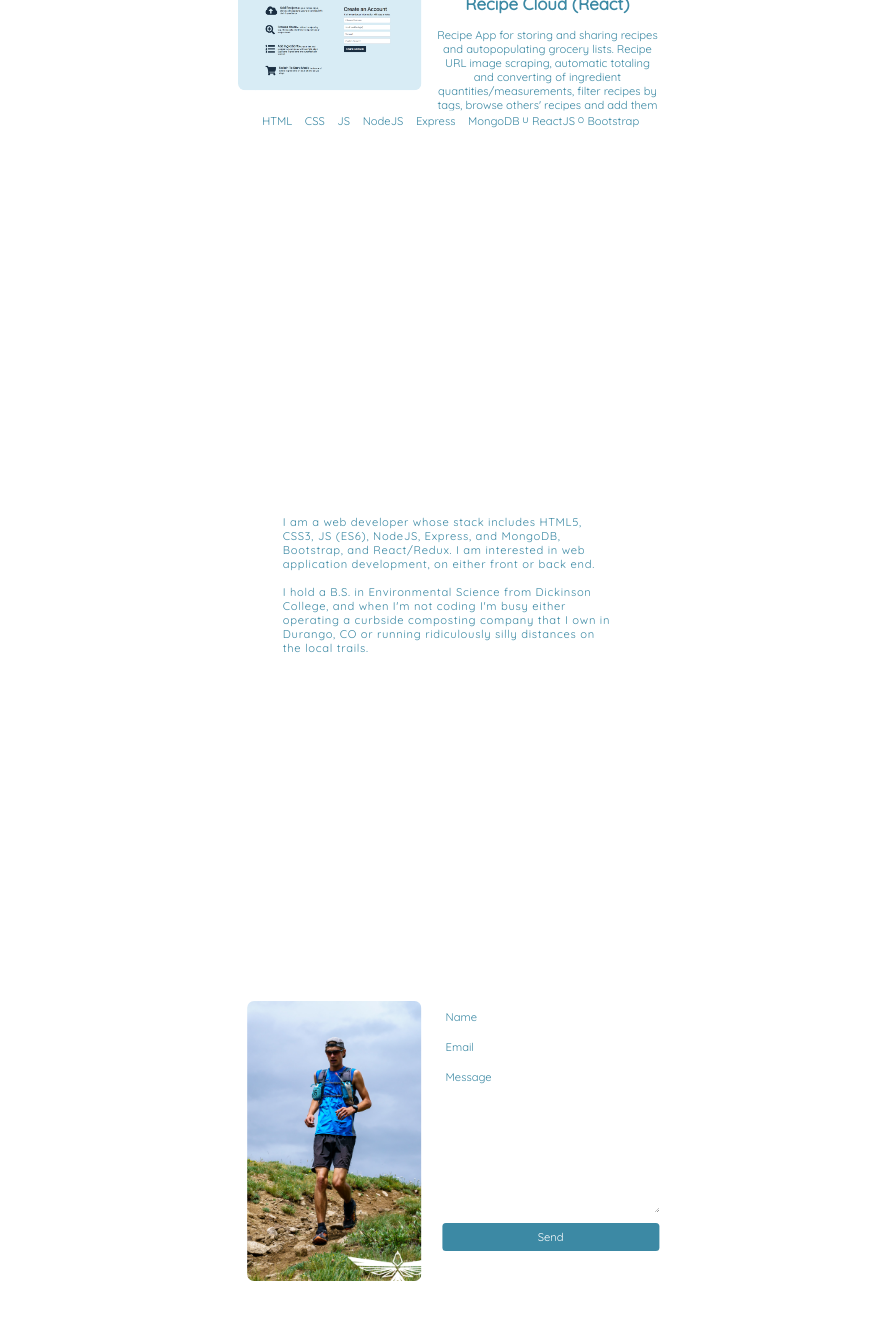
Repository: davidgolden/portfolio
Page: http://localhost/
The author's editor kept a record of every edit. The page is drawn from the files as they stood at one moment, then again after the next edit.
The browser window is 1280 px wide. The pictures show the part of the page from y = 960 to 2880 px (the page is 2880 px tall), at 70% of full size.
Some web fonts or font styles are not loaded; a fallback is used. The page is served by the project's Node server (app.js). Style sheets and scripts are compiled from the project's sources, by tool versions that may differ from the author's.

Above is the page before.

### views/index.html
<!DOCTYPE html>
<html>
<head>
	<title>David Golden</title>
	<meta name="viewport" content="width=device-width,initial-scale=1">
	<link rel="stylesheet" type="text/css" href="/assets/css/style.css">
	<link href="https://fonts.googleapis.com/css?family=Averia+Serif+Libre:400,700|Droid+Serif|Slabo+27px" rel="stylesheet">
	<link href="https://fonts.googleapis.com/css?family=Inconsolata|Quicksand" rel="stylesheet">

	<link rel="stylesheet" href="/assets/font-awesome/css/font-awesome.min.css">
</head>
<body>

<div class='container'>

<nav role = 'navigation' class='normalNav'>
	<span id='scrollIcon'><i class="fa fa-bars" aria-hidden="true"></i></span>
		<ul>
			<li class='icon' data-content='GitHub Portfolio'><a class='navLink' target='_blank' href='https://github.com/davidgolden'><i class="fa fa-github" aria-hidden="true"></i></a></li>
			<li class='icon' data-content='Email Me!'><a class='navLink' href='mailto:davidgoldeninbox@gmail.com'><i class="fa fa-envelope" aria-hidden="true"></i></a></li>
			<li class='icon' data-content='Resume'><a class='navLink' href=''><i class="fa fa-user" aria-hidden="true"></i></a></li>
		</ul>
		<ul>
			<li><a class = 'navLink' href="#titlePage">#home</a></li>
			<li><a class = 'navLink' href="#portfolio">#portfolio</a></li>
			<li><a class = 'navLink' href="#skills">#about</a></li>
			<li><a class = 'navLink' href="#contact">#contact</a></li>
			<li id='mobileIcons' style='display: none'>
				<a class='navLink' target='_blank' href='https://github.com/davidgolden'><i class="fa fa-github" aria-hidden="true"></i></a>
				<a class='navLink' href='mailto:davidgoldeninbox@gmail.com'><i class="fa fa-envelope" aria-hidden="true"></i></a>
				<a class='navLink' href='#'><i class="fa fa-user" aria-hidden="true"></i></a>
			</li>
		</ul>

	</nav>

<section id="titlePage">
		<h1>const david_golden;</h1>
		<!--<h2>david_golden = 'web developer';</h2>-->


</section>

<section id='portfolio'>
	<h2>let portfolio =</h2>

	<div class='item-container'>
		<div class='left-arrow'>
			<i class="fa fa-chevron-left" aria-hidden="true"></i>
		</div>

		<div class='item-image'>
		</div>
		<div class='item-desc'>
		</div>
		<div class='item-tags'>
			</div>
		<div class='right-arrow'>
			<i class="fa fa-chevron-right" aria-hidden="true"></i>
		</div>
	</div>

</section>
<section id='skills' class='hasBackground'>
<h2>let about =</h2>
<div class='aboutContainer'>
	<p>I am a web developer whose stack includes HTML5, CSS3, JS (ES6), NodeJS, Express, and MongoDB, Bootstrap, and React/Redux.
	I am interested in web application development, on either front or back end.<br><br>

	I hold a B.S. in Environmental Science from Dickinson College, and when I'm not coding I'm busy either operating a curbside composting company
	that I own in Durango, CO or running ridiculously silly distances on the local trails.</p>
</div>
</section>



<section id='contact'>
	<h2>let contact =</h2>
	<img src="assets/images/portfoliopic.jpg" style="height: 400px">
	<form id='contactForm'>
		<input type="text" name="name" placeholder = "Name" required>
		<input type="email" name="email" placeholder="Email" required>
		<textarea name='message' placeholder='Message' required></textarea>
		<button type='button' id='sendEmailButton'>Send</button>
	</form>
</section>

</div>

</body>
<script type="text/javascript" src='/assets/js/script.js'></script>
</html>

### app.js
require('dotenv').config({path: './.env'});

var express = require('express'),
    app = express(),
    bodyParser = require('body-parser'),
    nodemailer = require('nodemailer');

app.use(express.static(__dirname +'/public'));
app.engine('html', require('ejs').renderFile);
app.use(bodyParser.urlencoded({extended: true}));
app.use(bodyParser.json());


app.get('/', function(req, res) {
    res.render('index.html');
})

app.post('/', function(req, res) {

    let name = req.body.name;
    let email = req.body.email;
    let message = req.body.message;

    let sendEmail = function(name, email, message) {
        var transporter = nodemailer.createTransport({
                    service: 'Mailgun',
                    auth: {
                        user: process.env.MAILUSER,
                        pass: process.env.MAILPASS
                    }
                });

                var mailOptions = {
                    from: email, // sender address
                    to: 'davidgoldeninbox@gmail.com', // list of receivers
                    subject: `Message from ${name}`, // Subject line
                    html: message // html body
                };

                transporter.sendMail(mailOptions, (error, info) => {
                    console.log('called');
                    if (error) {
                        console.log(error);
                        res.send('error');
                    } else {
                        console.log('sent');
                        res.send('sent');
                    }
                });
    }
    if(name != undefined && message !== '') {
      sendEmail(name, email, message);
    }
})

app.get('*', function(req, res) {
    res.redirect('/');
})

app.listen(3000, function(){
  console.log("Express server listening on port %d in %s mode", this.address().port, app.settings.env);
});

### public/assets/js/script.js
document.getElementById('titlePage').style.height = window.innerHeight+'px';

// *********** Start NavBar Script ***************
var navBar = document.getElementsByTagName('nav')[0];
var scrollIcon = document.getElementById('scrollIcon');
var mobileNavOpen = false;
var scrollDown = false;
var navLink = document.getElementsByClassName('navLink');
let navIcons = document.getElementById('mobileIcons');
var isSmall;

function turnOnMobile() {
	navBar.classList.remove('normalNav');
	navBar.classList.add('navOnScroll');
	navIcons.style.display='block';
}

function turnOffMobile() {
	navBar.classList.remove('navOnScroll');
	navBar.classList.add('normalNav');
	navBar.classList.remove('mobileNav');
	navIcons.style.display='none';
}

// function checkY(y) {
// 	if(window.scrollY > (y*.25)) {
// 		turnOnMobile();
// 		scrollDown = true;
// 	}
// 	// When you scroll up, turn off mobile
// 	else if(isSmall == false) {
// 		turnOffMobile();
// 		scrollDown = false;
// 	}
// }

function checkX(x) {
	if(x <= 960) {
		turnOnMobile();
		isSmall = true;
	}
	else {
		turnOffMobile();
		isSmall = false;
	}
}

// Find screen size, turn on mobile if applicable
window.addEventListener('load', function() {
	checkX(window.innerWidth);
})

// When you scroll down, turn on mobile
// window.addEventListener('scroll', function() {
// 	checkY(window.innerHeight);
// });
// When screen is resized, find out size, then turn on mobile if applicable
window.addEventListener('resize', function() {
	//resize background image
	document.getElementById('titlePage').style.height = window.innerHeight+'px';
	checkX(window.innerWidth);
	// if(scrollDown == true) {
	// 	checkY(window.innerHeight);
	// }
})

// On click of hamburger icon
scrollIcon.addEventListener('click', function() {
	// If mobileNav is closed, open it
	if(mobileNavOpen == false) {
		navBar.classList.add('mobileNav');
		mobileNavOpen = true;
	}
	// If mobileNav is open, close it
	else {
		navBar.classList.remove('mobileNav');
		mobileNavOpen = false;
	}
})

for(var i=0; i<navLink.length; i++) {
	navLink[i].addEventListener('click', function() {
		navBar.classList.remove('mobileNav');
		mobileNavOpen = false;
		// checkY(window.innerHeight);
	})
}
// *********** End NavBar Script ***************


// *********** Start Portfolio Script ***************

var projects = [
	{
		name: "recipe-cloud-react",
		imgURL: "assets/images/recipe-cloud-react.png",
		link: "http://www.react.recipe-cloud.com",
		desc: "<h3>Recipe Cloud (React)</h3> <br> Recipe App for storing and sharing recipes and autopopulating grocery lists. Recipe URL image scraping, automatic totaling and converting of ingredient quantities/measurements, filter recipes by tags, browse others' recipes and add them to your recipe book!",
		tags: ["HTML", "CSS", "JS", "NodeJS", "Express", "MongoDB", "ReactJS", "Bootstrap"]
	},
	{
		name: "recipe-cloud",
		imgURL: "assets/images/recipebook.png",
		link: "http://www.recipe-cloud.com",
		desc: "<h3>Recipe Cloud</h3> <br> This is the non-react (and original) version of the previous app. Recipe Cloud is for storing and sharing recipes and autopopulating grocery lists. Recipe URL image scraping, automatic totaling and converting of ingredient quantities/measurements, filter recipes by tags, browse others' recipes and add them to your recipe book, and edit just about anything!",
		tags: ["HTML", "CSS", "JS", "NodeJS", "Express", "MongoDB", "Bootstrap"]
	},
	{
		name: "tfc",
		imgURL: "assets/images/tfc.png",
		link: "https://www.tabletofarmcompost.com",
		desc: "<h3>Table to Farm Compost</h3> <br> This website for my curbside composting company prompts users to enter their address and immediately assigns them a pick up day using Google Maps API. There is a user dashboard for customers to update their payment information, address, or request compost, and an admin dashboard for monitoring all customer details.",
		tags: ["HTML", "CSS", "JS", "Google Maps API", "Stripe API", "NodeJS", "Express", "MongoDB"]
	},
	{
		name: "movies",
		imgURL: "assets/images/movie.png",
		link: "http://movies.david-golden.com/",
		desc: "<h3>Current Movies React App</h3> <br> An app that filters movies by release date and genre to help users find popular current movies. Built entirely vanilla CSS using React JS.",
		tags: ["HTML", "CSS", "JS", "The Movie DB API", "ReactJS"]
	},
	{
		name: "uglyduck",
		imgURL: "assets/images/uglyduck.png",
		link: "http://www.uglyduckstudio.com/",
		desc: "<h3>Web Design Studio Website</h3> <br> Website I built for a personal freelance design/development company. Build in HTML, CSS3 (vanilla), and JS (vanilla; navbar is the only Bootstrap component) with a NodeJS backend.",
		tags: ["HTML", "CSS", "JS", "Bootstrap"]
	},
	{
		name: "portfolio",
		imgURL: "assets/images/profilesite.png",
		desc: "<h3>This Site!</h3><br>It's nothing super fancy, but I built this website using entirely vanilla CSS (including CSS Grid) and JS without the use of any frameworks.",
		tags: ["HTML", "CSS", "JS"]
	}
];

var displayProject = document.getElementById('displayProject');
var displayImage = document.getElementsByClassName('item-image')[0];
var displayDesc = document.getElementsByClassName('item-desc')[0];
var displayTags = document.getElementsByClassName('item-tags')[0];
var nextProject = document.getElementsByClassName('fa-chevron-right')[0];
var lastProject = document.getElementsByClassName('fa-chevron-left')[0];
var currentProject = 0;

showProject(currentProject);

lastProject.addEventListener('click', function() {
	displayLastProject();
})

nextProject.addEventListener('click', function() {
	displayNextProject();
})

function showProject(currentProject) {
	displayImage.innerHTML = "<a href='"+projects[currentProject].link+"'target='_blank'><img src='"+projects[currentProject].imgURL+"'></a>";
	displayDesc.innerHTML = `<p>${projects[currentProject].desc}</p>`;
	displayTags.innerHTML = "";
	for(var i = 0; i<projects[currentProject].tags.length; i++) {
		displayTags.innerHTML += "<span>"+projects[currentProject].tags[i]+"</span>";
	}
}

function displayNextProject() {
	// add 1 to currentproject
	currentProject++;
	// if currentproject is > projects.length-1, reset back to 0, then display project
	if(currentProject > projects.length-1) {
		currentProject =0;
		showProject(currentProject);
	}
	// if not, display project
	else {
		showProject(currentProject);
	}
}

function displayLastProject() {
	// subtract 1 from currentproject
	currentProject--;
	// if current project < project.length-project.length, reset to currentproject.length-1
	if(currentProject < 0) {
		currentProject = projects.length-1;
		showProject(currentProject);
	}
	//if not, display project
	else {
		showProject(currentProject);
	}

}


// SEND EMAIL!
// document.getElementById('contactForm').preventDefault();
let sendButton = document.getElementById('sendEmailButton')
sendButton.addEventListener('click', function(event) {
	event.preventDefault();
	console.log('sent')
	let name = document.getElementsByName('name')[0].value;
	let email = document.getElementsByName('email')[0].value;
	let message = document.getElementsByName('message')[0].value;
	sendButton.classList.add('disabled');
	sendButton.innerHTML = "<i class='fa fa-spinner fa-pulse fa-3x fa-fw'></i><span class='sr-only'>Loading...</span>"; // set to spinner
	let xml = new XMLHttpRequest();
	  xml.open("POST", "/", true);
	  xml.setRequestHeader('Content-Type', 'application/json; charset=utf-8');
	  xml.send(JSON.stringify({name: name, email: email, message: message}));
  xml.onreadystatechange = function() {
    if (xml.readyState === 4) {
      if(xml.response === 'sent') { // on success
		sendButton.innerHTML = 'Message Received';
      } else { // no image found
        sendButton.classList.remove('disabled');
        sendButton.innerHTML = 'Send';
        alert('There was a problem processing your request!');
      }
    }
  }

})

### public/assets/css/style.scss
/******* Global Styles *********/

$blue: #70cff1;
$dark: #3C89A4;
$light: white;
$other: $dark;
//#A75A08

$break: 850px;

* {
        margin: 0;
        padding: 0;
        border: 0;
        outline: 0;
        font-size: 100%;
        vertical-align: baseline;
        background: transparent;
        /*border: 1px solid black;*/
    }

body:before {
  content: "";
  display: block;
  position: fixed;
  left: 0;
  top: 0;
  width: 100%;
  height: 100%;
  z-index: -10;
  background: url(/assets/images/chesler3.png) no-repeat center center;
  -webkit-background-size: cover;
  -moz-background-size: cover;
  -o-background-size: cover;
  background-size: cover;
}

h1, h2, h3, h4 {
	// font-family: 'Averia Serif Libre', cursive;
	font-family: 'Inconsolata', monospace;
	color: $light;
	// -webkit-text-stroke: 2px $dark;
}

h2 {
	font-size: 4em;
}

* {
	font-family: 'Quicksand', sans-serif;
}

p {
	color: $dark;
	font-family: 'Quicksand', sans-serif;
	letter-spacing: 1px;
}

li, a, h3 {
	font-family: 'Quicksand', sans-serif;
	color: $light;
}

.container {
	display: grid;
	grid-template-columns: 100%;
	grid-template-rows: auto 100vh 100vh 100vh 100vh;
}

section > h2 {
	margin-bottom: 25px;
	@media(max-width: $break) {
		font-size: 1.7rem;
	}
}


/******* Header Section Styles *********/

#titlePage {
	grid-row-start: 2;
	h1 {
		font-size: 4rem;
		margin-top: 15%;
		text-align: center;

		@media (max-width: $break) {
			font-size: 350%;
			width: 80%;
			margin: 35% auto 0;
		}
	}

	h2 {
		font-size: 1.5rem;
		padding-bottom: 3%;
		text-align: center;
		letter-spacing: 10px;

		@media (max-width: $break) {
			font-size: 125%;
			margin: 0 auto 5%;
			width: 80%;
		}
	}

	> a {
		color: $dark;
		background-color: $light;
		border: 1px solid $dark;
		text-decoration: none;
		padding: 10px;
		margin: 0 auto;
		display: block;
		width: 150px;
		border-radius: 10px;
	}

	> a:hover {
		border-width: 5px;
	}
}

.icon:active::after, .icon:hover::after {
  content: attr(data-content);
  position: absolute;
  right: 10px;
  top: 60px;
  width: auto;
  border: 4px solid $dark;
  background-color: $light;
  padding: 12px;
  color: $dark;
  font-size: 14px;
  z-index: 1;
}

/******* Portfolio Section Styles *********/

#portfolio {
	padding-top: 10%;
	grid-row-start: 3;
	text-align: center;

	.item-container {

		margin: 0 auto;
		width: 60%;
		display: grid;
		grid-template-columns: 9% 34% 43% 9%;
		grid-template-rows: 50% 18% auto;
		grid-column-gap: 2%;
		grid-row-gap: 25px;

		@media(max-width: $break) {
			width: 100%;
		}
	}

	i {
		font-size: 5rem;
		cursor: pointer;
		color: $light;

		@media(max-width: $break) {
			font-size: 3rem;
		}
	}

	i:hover {
		color: $dark;
	}

	.left-arrow {
		grid-column-start: 1;
		grid-column-end: 2;
		grid-row-start: 1;
		grid-row-end: 3;
		align-self: center;
	}

	.right-arrow {
		grid-column-start: 4;
		grid-column-end: 5;
		grid-row-start: 1;
		grid-row-end: 3;
		align-self: center;
	}

	.item-image {
		grid-column-start: 2;
		grid-column-end: 3;
		grid-row-start: 1;
		grid-row-end: 2;
		align-content: center;
		border: 2px $light;

		img {
			width: 100%;
			height: 100%;
			object-fit: cover;
			border-radius: 10px;
		}
		@media(max-width: $break) {
			grid-column-end: 4;
		}
	}

	.item-desc {
		border-radius: 10px;
		padding: 5px;
		background-color: $light;
		grid-column-start: 3;
		grid-column-end: 4;
		grid-row-start: 1;
		grid-row-end: 2;
		color: $dark;
		min-height: 200px;
		align-content: center;
		border: 2px $light;

		@media(max-width: $break) {
			grid-column-start: 2;
			grid-column-end: 4;
			grid-row-start: 2;
			grid-row-end: 3;
		}

		h3 {
			color: $dark;
			font-size: 1.5rem;
		}
	}

	.item-tags {
		grid-column-start: 2;
		grid-column-end: 4;
		grid-row-start: 2;
		grid-row-end: 3;
		span {
			background-color: $light;
			padding: 5px;
			color: $dark;
			border-radius: 5px;
			margin: 4px;
			display: inline-block;
		}
		@media(max-width: $break) {
			grid-row-start: 3;
			grid-row-end: 4;
		}
	}
}

/******* Skills Section Styles *********/

#skills {
	padding-top: 10%;
	grid-row-start: 4;

	h2 {
		text-align: center;
		margin-top: 15px;
	}

	p {
		border-radius: 10px;
		padding: 20px;
	}

	.aboutContainer {
		width: 40%;
		margin: 0 auto;
		background-color: $light;
		border-radius: 10px;

		@media (max-width: $break) {
			width: 80%;
		}
	}
}

/******* Contact Section Styles *********/

#contact {
	padding: 10% 0;
	text-align: center;
	grid-row-start: 5;

	.disabled {
		cursor: default;
		opacity: .8;
		pointer-events: none;
	}

	img {
		margin: 10px;
		border-radius: 10px;
		height: 359px;

		@media(max-width: $break) {
			display: none;
		}
	}

	form {
		width: 300px;
		padding: 10px;
		vertical-align: top;
		display: inline-block;
	}

	input {
		background-color: $light;
		margin: 5px;
		border-radius: 5px;
		line-height: 1.5em;
		width: 100%;
		padding: 5px;
	}

	textarea {
		background-color: $light;
		margin: 5px;
		border-radius: 5px;
		height: 200px;
		padding: 5px;
		width: 100%;
	}

	input::-webkit-input-placeholder {
		color: $dark;
	}

	input:-moz-placeholder{
		color: $dark;
	}

	input::-moz-placeholder{
		color: $dark;
	}

	input:-ms-input-placeholder{
		color: $dark;
	}

	textarea::-webkit-input-placeholder {
		color: $dark;
	}

	textarea:-moz-placeholder{
		color: $dark;
	}

	textarea::-moz-placeholder{
		color: $dark;
	}

	textarea:-ms-input-placeholder{
		color: $dark;
	}

	button {
		width: 310px;
		background-color: $dark;
		border-radius: 5px;
		color: white;
		cursor: pointer;
		margin: 5px;
		padding: 10px;
	}

	button:hover {
		color: $dark;
		background-color: $light;
	}

}

/******* Navigation Styles *********/

nav {
	grid-row-start: 1;
}

.normalNav {
	position: fixed;
	height: 60px;
	width: 100%;
	background-color: $blue;

	ul {
		list-style: none;
		float: right;
	}

	ul li {
		float: left;
		font-size: 1.1em;
		cursor: pointer;
		color: $other !important;
		padding: 15px;
		border-right: 2px solid $other;
		cursor: pointer;
	}

	.icon, .icon a {
		border: none;
		padding: 3px;
		font-size: 2rem;
		color: $dark !important;
	}
	.icon:first-of-type {
		padding-left: 15px;
	}
	.icon:hover, .icon:hover a {
		color: $light !important;
	}

	ul li:last-child {
		border-right: 0;
	}

	a {
		text-decoration: none;
	}

	ul li a:hover {
		color: $dark;
	}
}

#scrollIcon {
	display: none;
}

.navOnScroll {
	width: 100%;
	position: fixed;
	background-color: $other;
	top: 0;
	right: 0;
	height: 60px;
	z-index: 2;

	ul {
		display: none;
	}

	#scrollIcon {
		display: block;
		position: fixed;
		top: 10px;
		right: 20px;
		color: white;
		font-size: 2em;
		cursor: pointer;
	}
}

.mobileNav {

	ul {
		list-style: none;
		float: right;
		position: fixed;
		top: 60px;
		display: block;
		text-align: right;
		width: 100%;
		background-color: $other;
	}

	ul li {
		font-size: 1.1em;
		cursor: pointer;
		margin-right: 40px;
		width: 100%;
		padding-bottom: 10px;
	}

	ul li a {
		color: white;
		text-decoration: none;
		margin-right: 20px;
	}

	a:hover {
		text-decoration: underline;
	}
}

After the next edit:
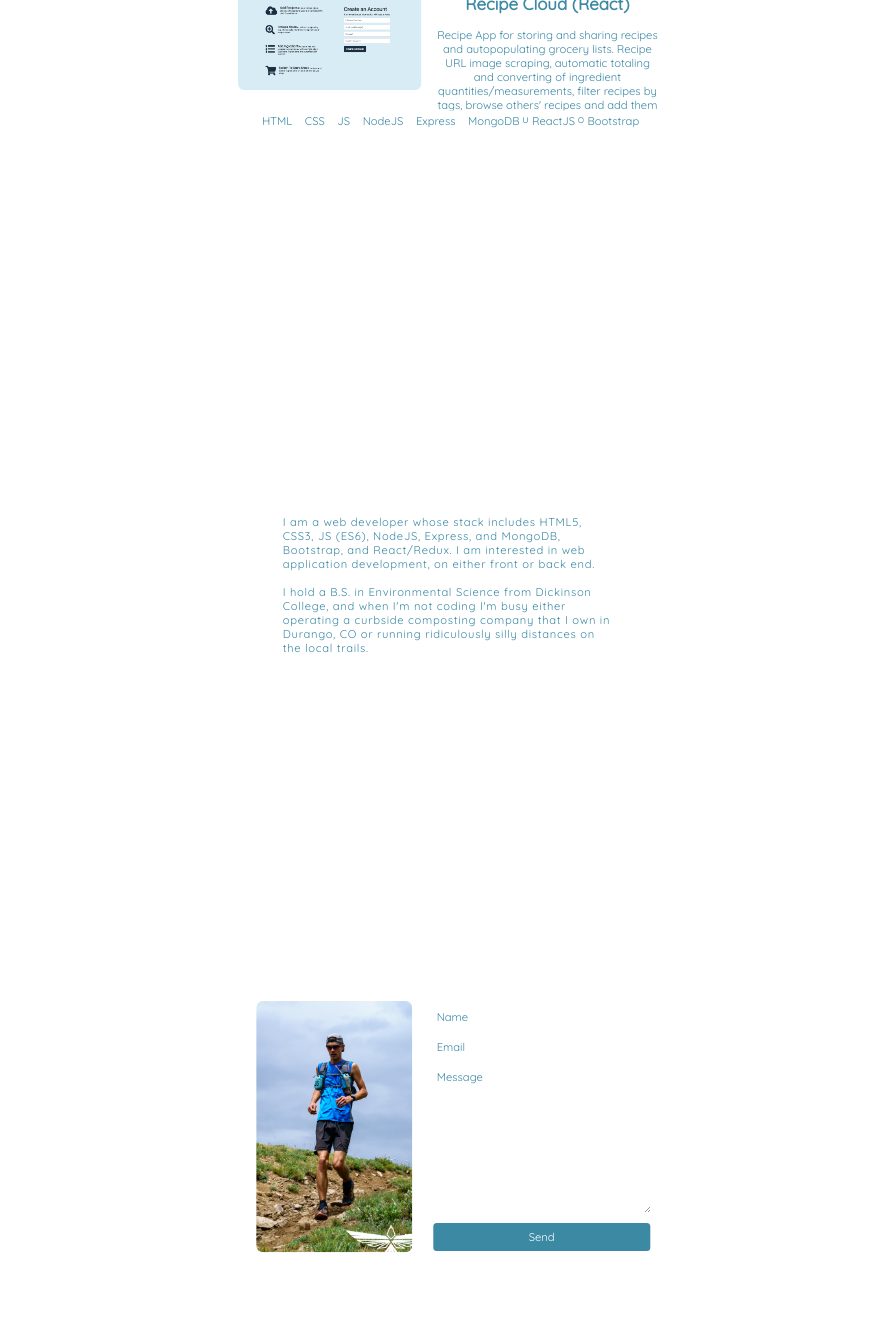
The edit:
--- a/views/index.html
+++ b/views/index.html
@@ -76,7 +76,7 @@
 
 <section id='contact'>
 	<h2>let contact =</h2>
-	<img src="assets/images/portfoliopic.jpg" style="height: 400px">
+	<img src="assets/images/portfoliopic.jpg">
 	<form id='contactForm'>
 		<input type="text" name="name" placeholder = "Name" required>
 		<input type="email" name="email" placeholder="Email" required>
